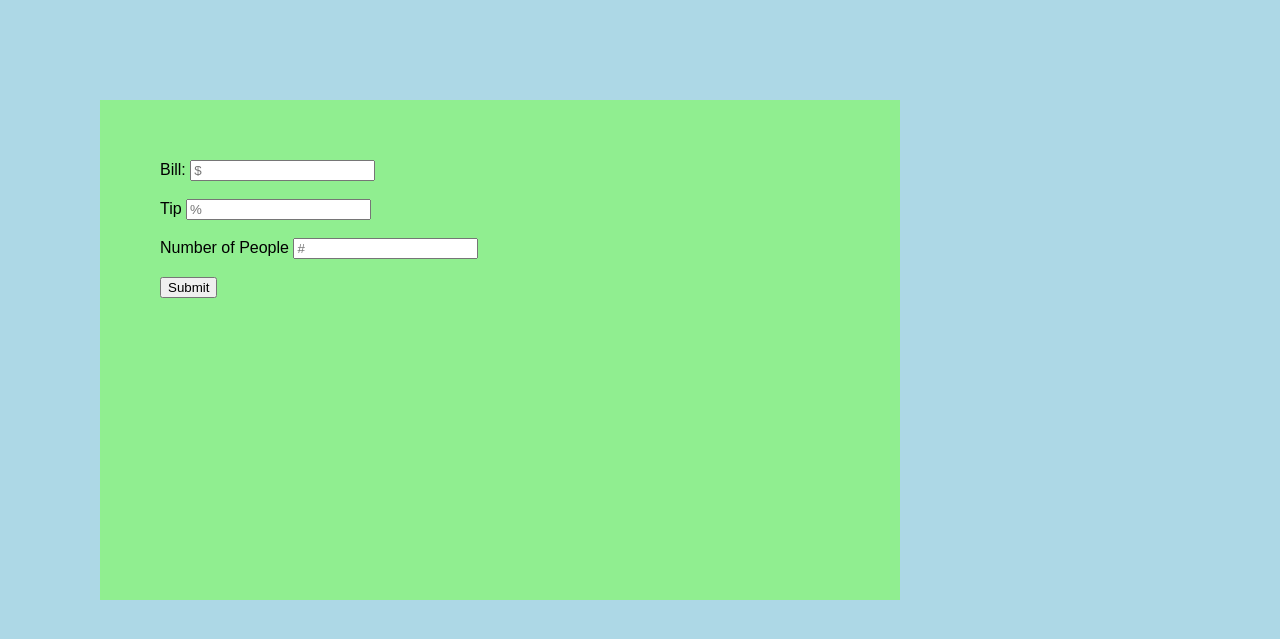
Repository: SamirIngley/Tip-Calculator
Page: tip_display.html
The author's editor kept a copy of each file at every save. The page is drawn from the files as they stood at one save, then again after the next save.
The browser window is 1280 px wide. The pictures show the whole page.

Above is the page before, as saved 2020-02-13 08:21:50.

### tip_display.html
<!DOCTYPE html>
<html lang="en">
<head>
    <meta charset="UTF-8">
    <meta name="viewport" content="width=device-width, initial-scale=1.0">
    <meta http-equiv="X-UA-Compatible" content="ie=edge">
    <link href="style.css" rel="stylesheet">
    <title>Tip Calculator</title>
</head>
<body>

    <div class="main-content">
        <form id='form' class='form'>
            <div class='bill'>
                <label>Bill:</label>
                <input id='bill' type="number" name="bill" placeholder="$">
            </div>
            <br>
            <div class='tip'>
                <label>Tip</label>
                <input id='tip' type="number" name="tip" placeholder="%">
            </div>
            <br>
            <div class='numppl'>
                <label>Number of People</label>
                <input id='numppl' type="number" name="numppl" placeholder="#">
            </div>
            <br>
            <div class='submit'>
                <input type="submit" name="submit" value="Submit">
            </div>
        </form>


        </div>

        <p id='tip-display'>
        </p>

        <p id='total-display'>
        </p>

        <p id='total-pp-display'>
        </p>

    </div>



    <script>

        const inputBill = document.getElementById('bill')
        const inputTip = document.getElementById('tip')
        const inputNumppl = document.getElementById('numppl')
        const form = document.getElementById('form')
        const displayTip = document.getElementById('tip-display')
        const displayTotal = document.getElementById('total-display')
        const displayTotalPP = document.getElementById('total-pp-display')


        function calculateTip() {

            const bill = parseInt(inputBill.value)
            const people = inputNumppl.value
            const percent = inputTip.value
            const tip = bill * percent / 100
            const total = bill + tip
            const totalPP = total / people
            console.log(bill)
            console.log(percent)
            console.log(total)
            console.log(tip)
            console.log(people)
            console.log(totalPP)

            displayTip.innerHTML = `Tip: $${tip.toFixed(2)}`
            displayTotal.innerHTML = `Total: $${total.toFixed(2)}`
            displayTotalPP.innerHTML = `Per Person: $${totalPP.toFixed(2)}`
        }



        form.addEventListener("submit", function(e) {
            e.preventDefault()
            calculateTip()
        })

        // inputBill.addEventListnener('change', function(e) {
        //     console.log(inputBill.value)
        //     const newBillAMount = parseFloat(e.target.value)

        // })

    </script>



</body>
</html>

### style.css
body {
    background-color: lightblue;
    margin: 100px;
    display: flex;
}

div.main-content {
    background-color: lightgreen;
    display: grid;
    grid-gap: 5px;
    grid-template-columns: (2, 1fr);
    grid-template-rows: (4, 1fr);
    height: 500px;
    width: 800px;
    grid-template-areas: "b b"
                         "t t"
                         "n n"
                         "s s"

}



.main-content>form {
    display: block;
    font-family: Arial, Helvetica, sans-serif;
    justify-content: center;
    align-items: center;
    margin: 10px;
    padding: 50px;
}


.bill {
    grid-area: b;
}

.tip {
    grid-area: t;
}

.numppl {
    grid-area: n;
}

.submit {
    grid-area: s;
}

After the next save:
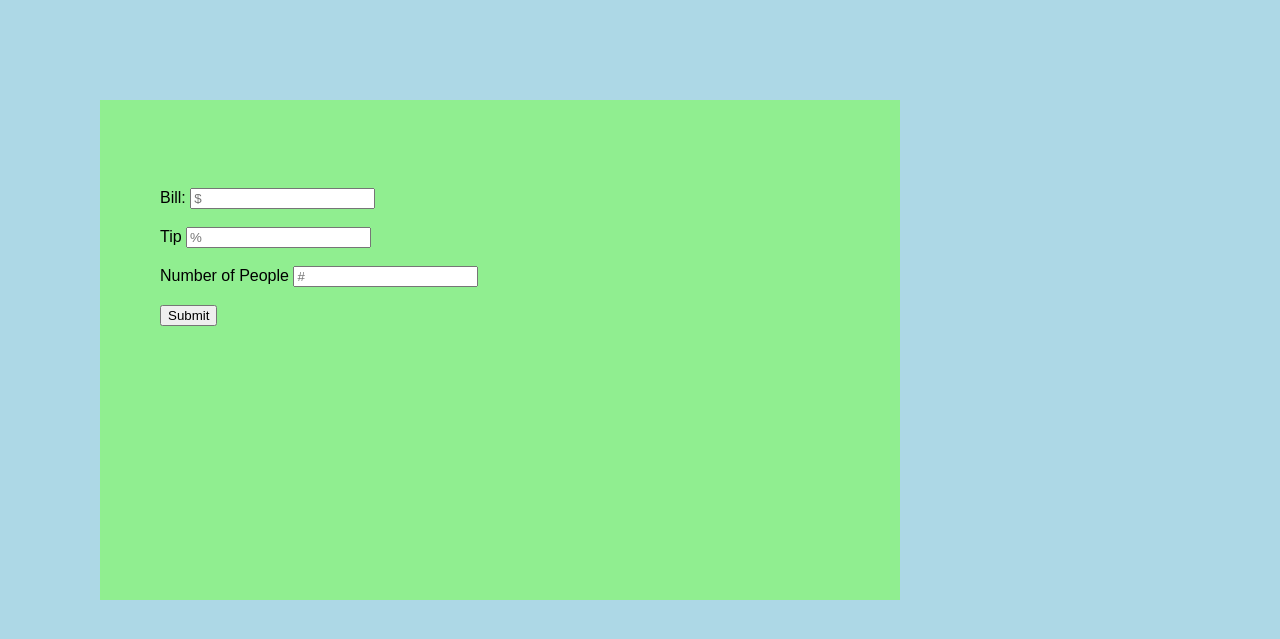
Saved 18 s later.
--- a/style.css
+++ b/style.css
@@ -26,6 +26,7 @@ div.main-content {
     font-family: Arial, Helvetica, sans-serif;
     justify-content: center;
     align-items: center;
+    align-content: center;
     margin: 10px;
     padding: 50px;
 }
